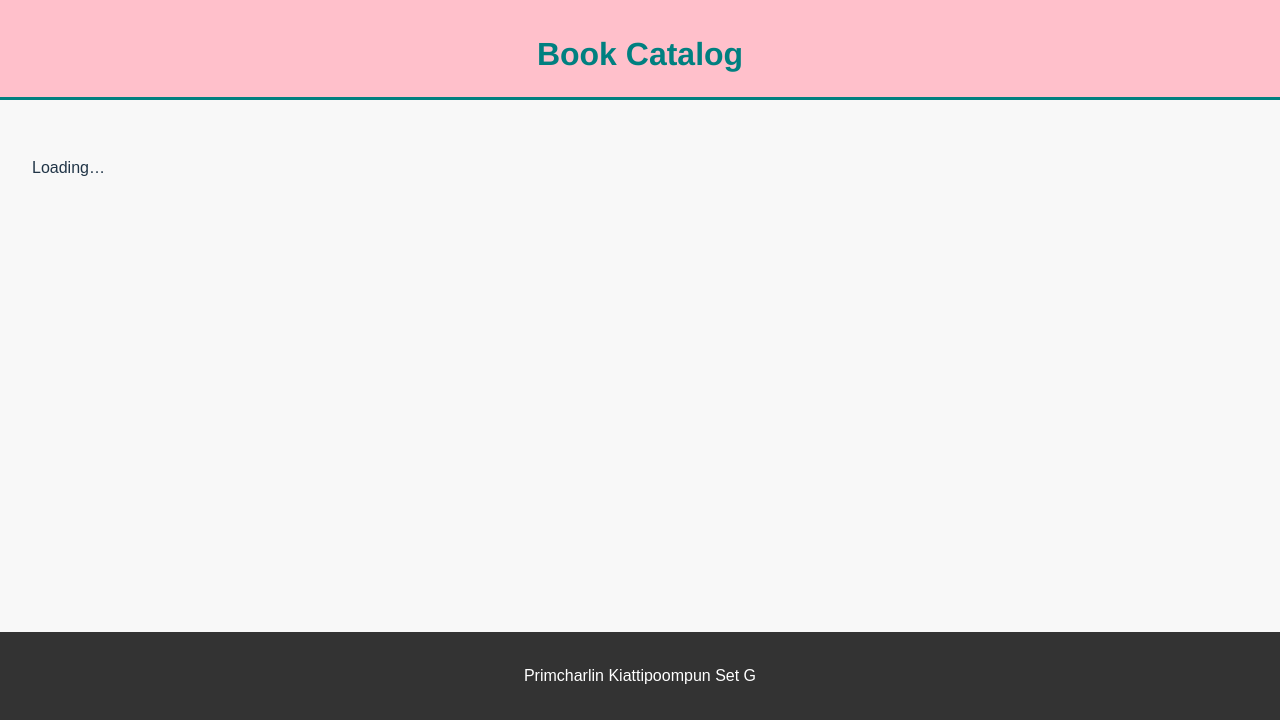
Repository: primcharlin/COMP3170_Lab_Assignment_Components
Page: /
The author's editor kept a copy of each file at every save. The page is drawn from the files as they stood at one save, then again after the next save.
The browser window is 1280 px wide. The pictures show the whole page.
The page's requests for data from a server got no answer. The project was rebuilt for these pictures with package versions that can differ from the ones it lists, and the page was loaded fresh each time. No one was signed in, and anything a server would have sent is missing. Also part of the build but not shown: vite.config.js.

Above is the page before, as saved 2025-09-14 02:01:57.

### index.html
<!DOCTYPE html>
<html lang="en">
    <head>
        <meta charset="UTF-8" />
        <link
            rel="icon"
            type="image/svg+xml"
            href="/vite.svg" />
        <meta
            name="viewport"
            content="width=device-width, initial-scale=1.0" />
        <title>Book Catalog</title>
    </head>
    <body>
        <div id="root"></div>
        <script
            type="module"
            src="/src/main.jsx"></script>
    </body>
</html>

### src/App.jsx
import { useEffect, useState } from "react";
import "./App.css";

function Book({ image, title, authors, url }) {
    return (
        <div className='book normal'>
            <div className='image'>
                <img
                    src={image}
                    alt={title}
                />
            </div>
            <div className='meta'>
                <h3 className='title'>{title}</h3>
                <p className='author'>{authors}</p>
                <a
                    className='learn-more-btn'
                    href={url}
                    target='_blank'
                    rel='noopener noreferrer'>
                    Learn More
                </a>
            </div>
        </div>
    );
}

export default function App() {
    const [books, setBooks] = useState([]);
    const [booksWithAuthors, setBooksWithAuthors] = useState([]);

    useEffect(() => {
        async function fetchBooks() {
            try {
                const res = await fetch(
                    "https://api.itbook.store/1.0/search/react"
                );
                const json = await res.json();
                const desiredTitle = "React in Action"; // เปลี่ยนเป็นชื่อหนังสือที่ต้องการ
                const foundBook = json.books.find(
                    (b) => b.title === desiredTitle
                );
                setBooks(foundBook ? [foundBook] : []);
            } catch (e) {
                console.error(e);
            }
        }
        fetchBooks();
    }, []);

    useEffect(() => {
        async function fetchAuthors() {
            const detailedBooks = await Promise.all(
                books.map(async (b) => {
                    try {
                        const res = await fetch(
                            `https://api.itbook.store/1.0/books/${b.isbn13}`
                        );
                        const detail = await res.json();
                        return { ...b, authors: detail.authors };
                    } catch {
                        return { ...b, authors: "Unknown Author" };
                    }
                })
            );
            setBooksWithAuthors(detailedBooks);
        }
        if (books.length > 0) fetchAuthors();
    }, [books]);

    return (
        <div className='app'>
            <header className='app-header'>
                <h1>Book Catalog</h1>
            </header>

            <div className='content'>
                {booksWithAuthors.length === 0 ? (
                    <p>Loading…</p>
                ) : (
                    <div className='grid'>
                        <div className='btn-plus'>::after</div>
                        {booksWithAuthors.map((b) => (
                            <Book
                                key={b.isbn13}
                                image={b.image}
                                title={b.title}
                                authors={b.authors}
                                url={b.url}
                            />
                        ))}
                    </div>
                )}
            </div>

            <footer className='footer'>
                <p>Primcharlin Kiattipoompun Set G</p>
            </footer>
        </div>
    );
}

### src/App.css
.app {
    font-family: Arial, sans-serif;
    background: #f8f8f8;
    min-height: 100vh;
    display: flex;
    flex-direction: column;
}

.app-header {
    position: fixed;
    top: 0;
    left: 0;
    width: 100vw;
    height: 100px;
    z-index: 1000;
    padding: 1em;
    color: teal;
    background: pink;
    border-bottom: 3px solid teal;
    box-sizing: border-box;
    text-align: center;
    font-family: Helvetica, sans-serif;
}

h1 {
    display: block;
    font-size: 2em;
    margin-block-start: 0.67em;
    margin-block-end: 0.67em;
    margin-inline-start: 0px;
    margin-inline-end: 0px;
    font-weight: bold;
    unicode-bidi: isolate;
}

.content {
    width: 100vw;
    flex: 1;
    display: grid;
    grid-template-columns: 1fr 1fr;
    gap: 2rem;
    padding: 0 2em;
    padding-top: 140px;
    padding-bottom: 2em;
    box-sizing: border-box;
}

@media (max-width: 800px) {
    .content {
        display: flex;
        flex-wrap: wrap;
        gap: 20px;
        padding: 0 2em;
        flex: 1;
    }
}

.btn-plus {
    position: relative;
    width: 200px;
    height: 300px;
    background: #fff;
    cursor: pointer;
    border: 5px solid #ccc;
    border-radius: 10px;
}

.btn-plus:hover {
    transform: translateY(-4px);
}

.btn-plus:after {
    content: "new";
    transform: translate(-50%, -50%);
    color: #ccc;
    font-size: 2rem;
    font-weight: 700;
    position: absolute;
    top: 50%;
    left: 50%;
    text-transform: capitalize;
    transition: transform 0.2s ease;
}

.grid {
    display: grid;
    grid-template-columns: repeat(auto-fit, minmax(200px, 1fr));
    gap: 2rem;
    width: 100%;
}

.book {
    background: white;
    border-radius: 10px;
    overflow: hidden;
    box-shadow: 0 4px 10px rgba(0, 0, 0, 0.1);
    display: flex;
    flex-direction: column;
    transition: transform 0.2s ease;

    position: relative;
    width: 200px;
    height: 300px;
    padding: 0.5rem;
    border: 1px solid #3a4660;
}
.book:hover {
    transform: translateY(-4px);
}

.book.normal,
.btn-plus {
    box-sizing: border-box;
}

.book.normal {
    display: flex;
    flex-direction: column;
    align-items: center;
    justify-content: flex-start;
    background: #fff;
    border-radius: 12px;
    box-shadow: 0 6px 16px rgba(0, 0, 0, 0.08);
    padding: 0.8rem 0.6rem;
    width: 200px;
    height: 300px;
    border: 1.5px solid #3a4660;
    transition: box-shadow 0.2s, transform 0.2s;
    overflow: hidden;
}

.book.normal .image {
    width: 100%;
    display: flex;
    justify-content: center;
    align-items: center;
    margin-bottom: 0.6rem;
}

.book.normal .image img {
    width: 100%;
    height: 160px;
    object-fit: contain;
    border-radius: 0;
    background: none;
    box-shadow: none;
}

.meta {
    padding: 0rem;
    display: flex;
    flex-direction: column;
    align-items: center;
}

.footer {
    background: #333;
    color: white;
    text-align: center;
    padding: 1rem;
}

.learn-more-btn {
    margin-top: 0.05em;
    padding: 0.5em 1em;
    background: teal;
    color: white;
    border: none;
    border-radius: 5px;
    cursor: pointer;
    font-size: 1em;
    transition: background 0.2s;
    font-weight: bold;
}

.learn-more-btn:hover {
    background: #006d6d;
}

.author {
    font-size: 0.95em;
    color: #444;
    margin: 0.2em 0 0.5em 0;
    text-align: center;
    white-space: nowrap;
    overflow: hidden;
    text-overflow: ellipsis;
}

.book.normal .meta {
    width: 100%;
    display: flex;
    flex-direction: column;
    align-items: center;
    padding: 0.2rem 0.1rem 0 0.1rem;
    gap: 0.2rem;
    flex: 1; /* Allow meta to fill available space */
}

.book.normal .title {
    font-size: 1rem;
    font-weight: bold;
    color: #1a2a3a;
    margin: 0.1rem 0 0.1rem 0;
    text-align: center;
}

.book.normal .author {
    font-size: 0.95em;
    color: #555;
    margin: 0.1em 0 0.2em 0;
    text-align: center;
    font-style: italic;
    white-space: nowrap;
    overflow: hidden;
    text-overflow: ellipsis;
}

.book.normal .learn-more-btn {
    margin-top: auto;
    padding: 0.4em 1em;
    background: teal;
    color: white;
    border: none;
    border-radius: 5px;
    cursor: pointer;
    font-size: 1em;
    transition: background 0.2s;
    font-weight: bold;
    box-shadow: 0 2px 6px rgba(0, 0, 0, 0.06);
}

.book.normal .learn-more-btn:hover {
    background: #006d6d;
}

Loaded but not shown: src/main.jsx (common file); src/index.css (common file)

After the next save:
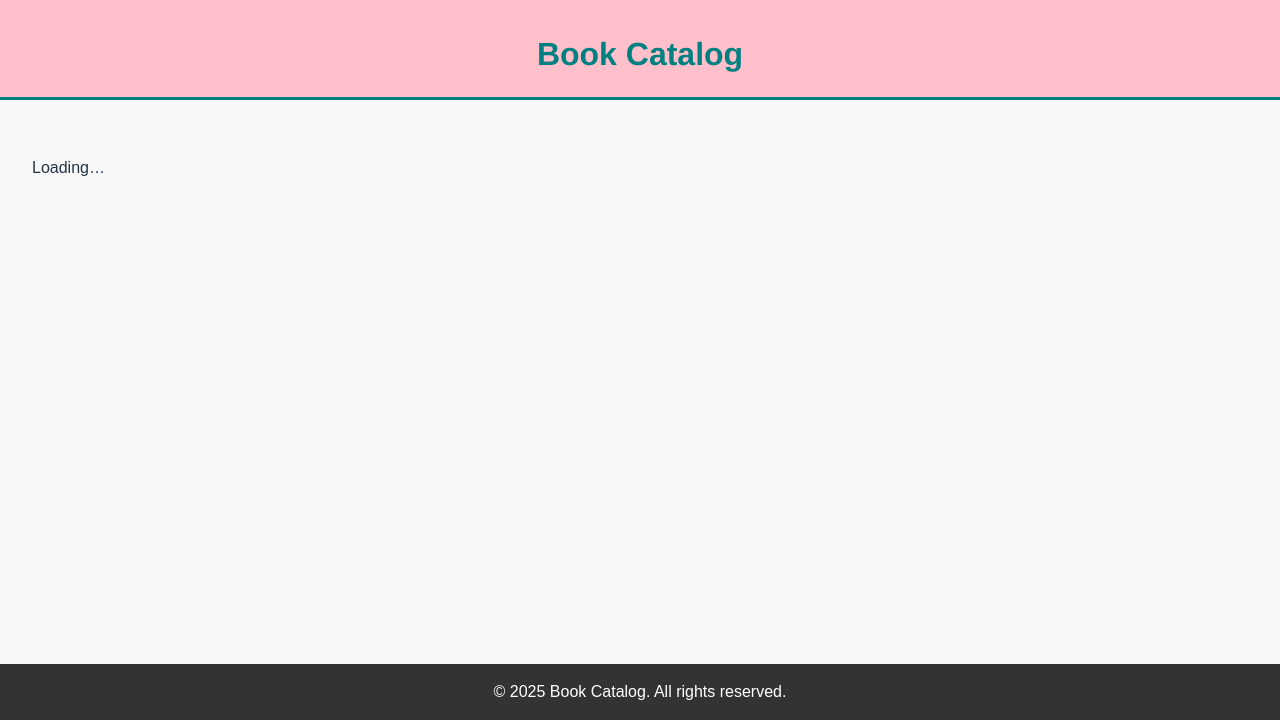
Saved 17 s later.
--- a/src/App.jsx
+++ b/src/App.jsx
@@ -26,75 +26,45 @@
 }
 
 export default function App() {
-    const [books, setBooks] = useState([]);
-    const [booksWithAuthors, setBooksWithAuthors] = useState([]);
+    const [book, setBook] = useState(null);
 
     useEffect(() => {
-        async function fetchBooks() {
+        async function fetchBook() {
             try {
                 const res = await fetch(
-                    "https://api.itbook.store/1.0/search/react"
+                    "https://api.itbook.store/1.0/books/9781711470559"
                 );
                 const json = await res.json();
-                const desiredTitle = "React in Action"; // เปลี่ยนเป็นชื่อหนังสือที่ต้องการ
-                const foundBook = json.books.find(
-                    (b) => b.title === desiredTitle
-                );
-                setBooks(foundBook ? [foundBook] : []);
+                setBook(json);
             } catch (e) {
                 console.error(e);
             }
         }
-        fetchBooks();
+        fetchBook();
     }, []);
-
-    useEffect(() => {
-        async function fetchAuthors() {
-            const detailedBooks = await Promise.all(
-                books.map(async (b) => {
-                    try {
-                        const res = await fetch(
-                            `https://api.itbook.store/1.0/books/${b.isbn13}`
-                        );
-                        const detail = await res.json();
-                        return { ...b, authors: detail.authors };
-                    } catch {
-                        return { ...b, authors: "Unknown Author" };
-                    }
-                })
-            );
-            setBooksWithAuthors(detailedBooks);
-        }
-        if (books.length > 0) fetchAuthors();
-    }, [books]);
 
     return (
         <div className='app'>
             <header className='app-header'>
                 <h1>Book Catalog</h1>
             </header>
-
             <div className='content'>
-                {booksWithAuthors.length === 0 ? (
-                    <p>Loading…</p>
-                ) : (
-                    <div className='grid'>
-                        <div className='btn-plus'>::after</div>
-                        {booksWithAuthors.map((b) => (
-                            <Book
-                                key={b.isbn13}
-                                image={b.image}
-                                title={b.title}
-                                authors={b.authors}
-                                url={b.url}
-                            />
-                        ))}
-                    </div>
-                )}
+                <div className='grid'>
+                    {book ? (
+                        <Book
+                            image={book.image}
+                            title={book.title}
+                            authors={book.authors}
+                            url={book.url}
+                        />
+                    ) : (
+                        <p>Loading…</p>
+                    )}
+                </div>
             </div>
-
             <footer className='footer'>
-                <p>Primcharlin Kiattipoompun Set G</p>
+                &copy; {new Date().getFullYear()} Book Catalog. All rights
+                reserved.
             </footer>
         </div>
     );

After the save that followed:
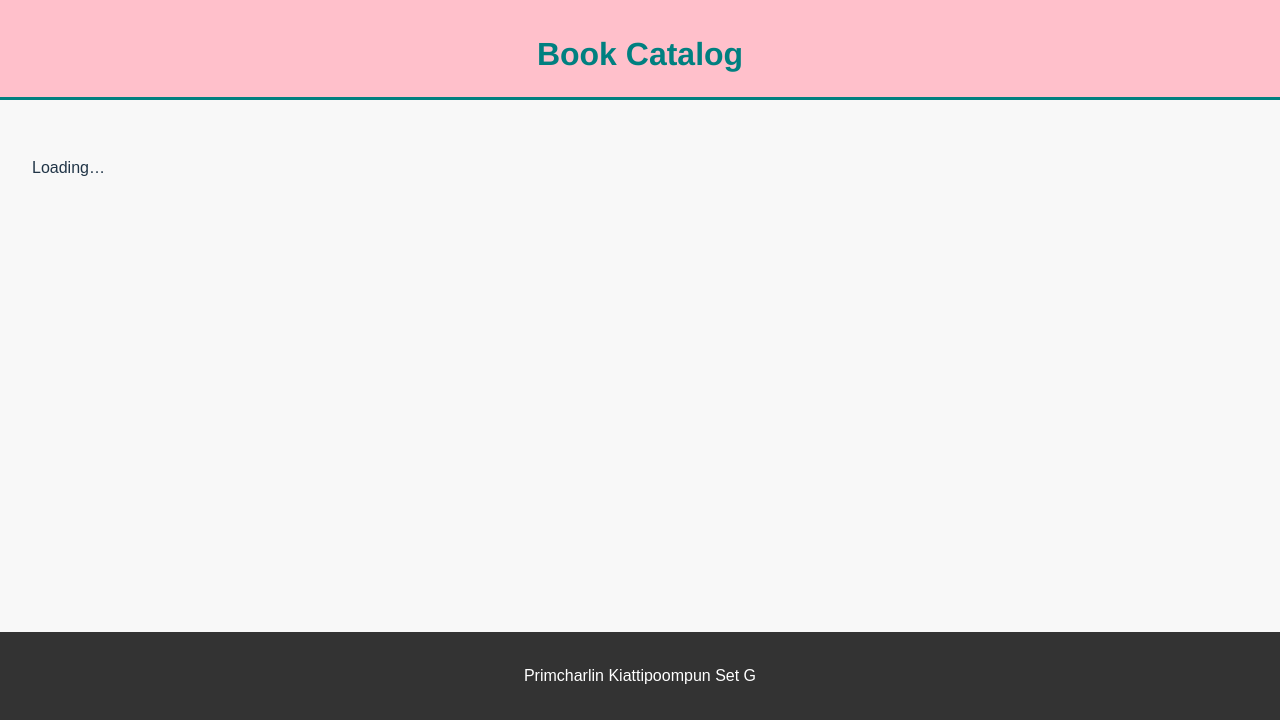
Saved 29 s later.
--- a/src/App.jsx
+++ b/src/App.jsx
@@ -26,45 +26,71 @@
 }
 
 export default function App() {
-    const [book, setBook] = useState(null);
+    const [books, setBooks] = useState([]);
+    const [booksWithAuthors, setBooksWithAuthors] = useState([]);
 
     useEffect(() => {
-        async function fetchBook() {
+        async function fetchBooks() {
             try {
                 const res = await fetch(
-                    "https://api.itbook.store/1.0/books/9781711470559"
+                    "https://api.itbook.store/1.0/search/react"
                 );
                 const json = await res.json();
-                setBook(json);
+                setBooks(json.books.slice(0, 2));
             } catch (e) {
                 console.error(e);
             }
         }
-        fetchBook();
+        fetchBooks();
     }, []);
+
+    useEffect(() => {
+        async function fetchAuthors() {
+            const detailedBooks = await Promise.all(
+                books.map(async (b) => {
+                    try {
+                        const res = await fetch(
+                            `https://api.itbook.store/1.0/books/${b.isbn13}`
+                        );
+                        const detail = await res.json();
+                        return { ...b, authors: detail.authors };
+                    } catch {
+                        return { ...b, authors: "Unknown Author" };
+                    }
+                })
+            );
+            setBooksWithAuthors(detailedBooks);
+        }
+        if (books.length > 0) fetchAuthors();
+    }, [books]);
 
     return (
         <div className='app'>
             <header className='app-header'>
                 <h1>Book Catalog</h1>
             </header>
+
             <div className='content'>
-                <div className='grid'>
-                    {book ? (
-                        <Book
-                            image={book.image}
-                            title={book.title}
-                            authors={book.authors}
-                            url={book.url}
-                        />
-                    ) : (
-                        <p>Loading…</p>
-                    )}
-                </div>
+                {booksWithAuthors.length === 0 ? (
+                    <p>Loading…</p>
+                ) : (
+                    <div className='grid'>
+                        <div className='btn-plus'>::after</div>
+                        {booksWithAuthors.map((b) => (
+                            <Book
+                                key={b.isbn13}
+                                image={b.image}
+                                title={b.title}
+                                authors={b.authors}
+                                url={b.url}
+                            />
+                        ))}
+                    </div>
+                )}
             </div>
+
             <footer className='footer'>
-                &copy; {new Date().getFullYear()} Book Catalog. All rights
-                reserved.
+                <p>Primcharlin Kiattipoompun Set G</p>
             </footer>
         </div>
     );
